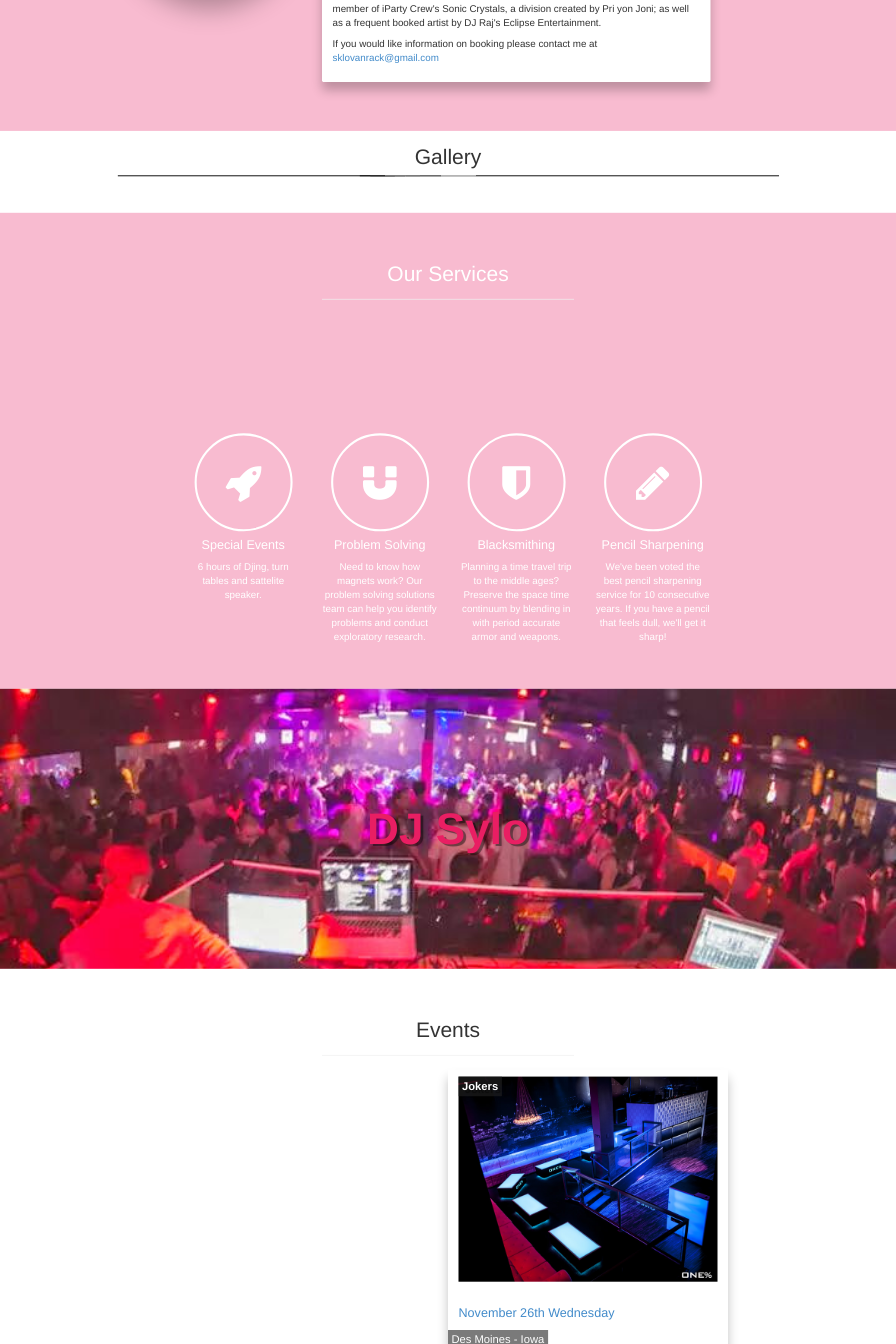
Repository: BambooXLotus/DjSylo
Page: client/index.html
The author's editor kept a record of every edit. The page is drawn from the files as they stood at one moment, then again after the next edit.
The browser window is 1280 px wide. The pictures show the part of the page from y = 1040 to 2960 px (the page is 4656 px tall before and 4250 px after), at 70% of full size.
Pictures or frames that could not be fetched are drawn as grey boxes. Some icons come from a web library that is not loaded, so they are not drawn. Backgrounds fixed to the window are drawn as part of the page. Some web libraries are served in a nearby version.

Above is the page before.

After the next edit:
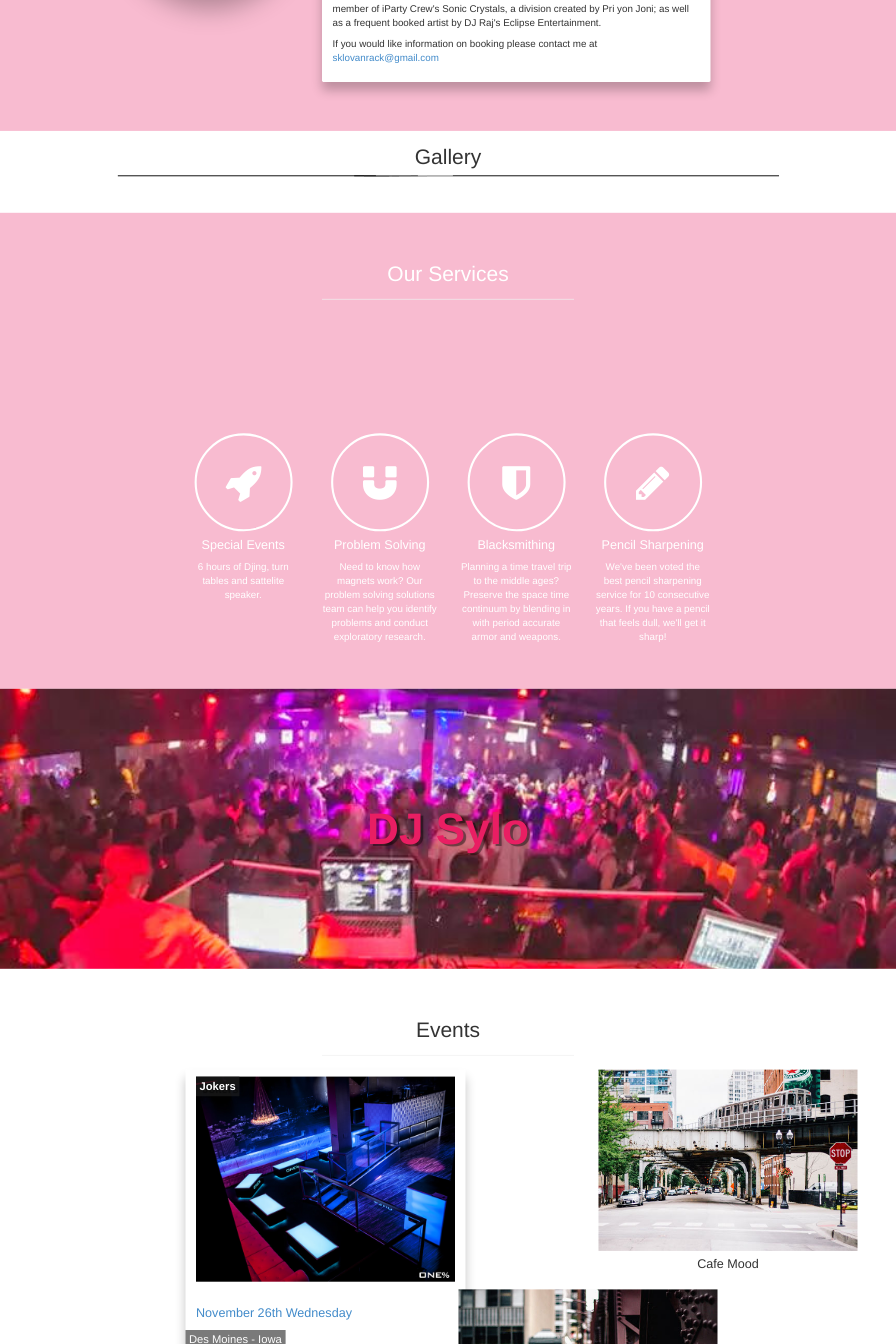
The edit:
--- a/client/index.html
+++ b/client/index.html
@@ -178,7 +178,7 @@
                 </div>
             </div>
             <div class="row">
-                <a class="col-md-4 col-md-offset-2">
+                <div class="col-md-4 col-md-offset-2">
                     <a class="panel card fixed-card">
                         <div class="panel-heading">
                             <h3 class="panel-title">Jokers</h3>
